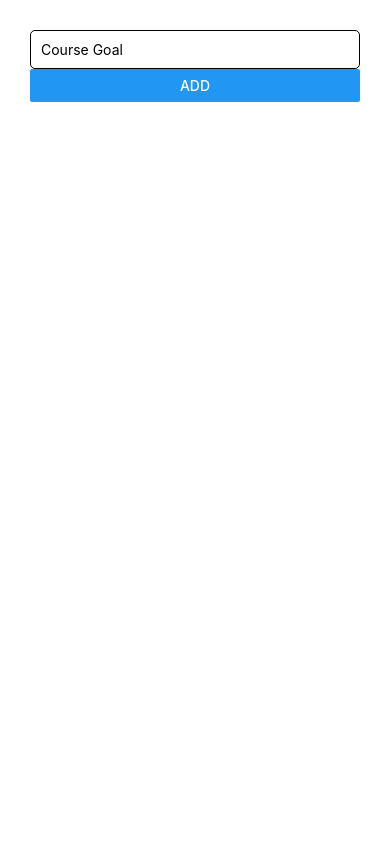
Repository: oguzhan18m/react-native-todo
Screen: /
The author's editor kept a copy of each file at every save. The screen is drawn from the files as they stood at one save, then again after the next save.
The app was drawn by React Native's web renderer in a window 390 px wide. The project was rebuilt for these pictures with package versions that can differ from the ones it lists, and the page was loaded fresh each time.

Above is the screen before, as saved 2021-03-02 01:02:52.

### App.js
import { StatusBar } from 'expo-status-bar';
import React from 'react';
import { StyleSheet, Text, View, TextInput, Button } from 'react-native';

export default function App() {
  return (
    <View style={{padding: 30}}>
      <View>
        <TextInput placeholder='Course Goal' style={{borderColor:'black' , borderWidth:1 , padding:10 , borderRadius:5}} />
        <Button title='ADD' />
      </View>
      <View></View>

    </View>
  );
}

const styles = StyleSheet.create({

});

After the next save:
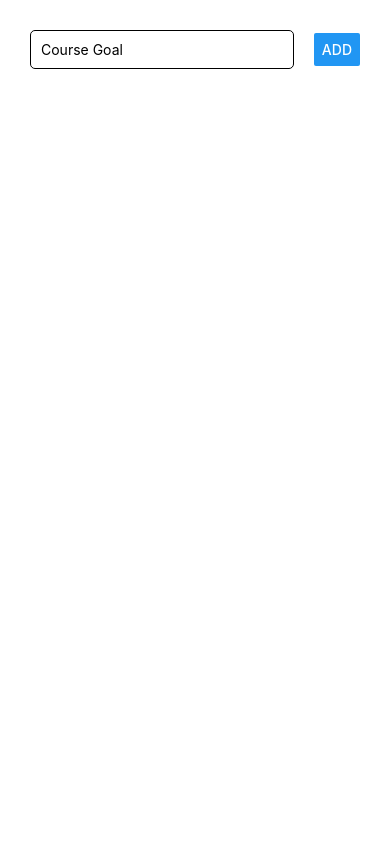
Saved 2 min 42 s later.
--- a/App.js
+++ b/App.js
@@ -5,8 +5,8 @@ import { StyleSheet, Text, View, TextInput, Button } from 'react-native';
 export default function App() {
   return (
     <View style={{padding: 30}}>
-      <View>
-        <TextInput placeholder='Course Goal' style={{borderColor:'black' , borderWidth:1 , padding:10 , borderRadius:5}} />
+      <View style={{flexDirection:'row', alignItems:'center' , justifyContent:'space-between'}}>
+        <TextInput placeholder='Course Goal' style={{width:'80%' ,borderColor:'black' , borderWidth:1 , padding:10 , borderRadius:5}} />
         <Button title='ADD' />
       </View>
       <View></View>
